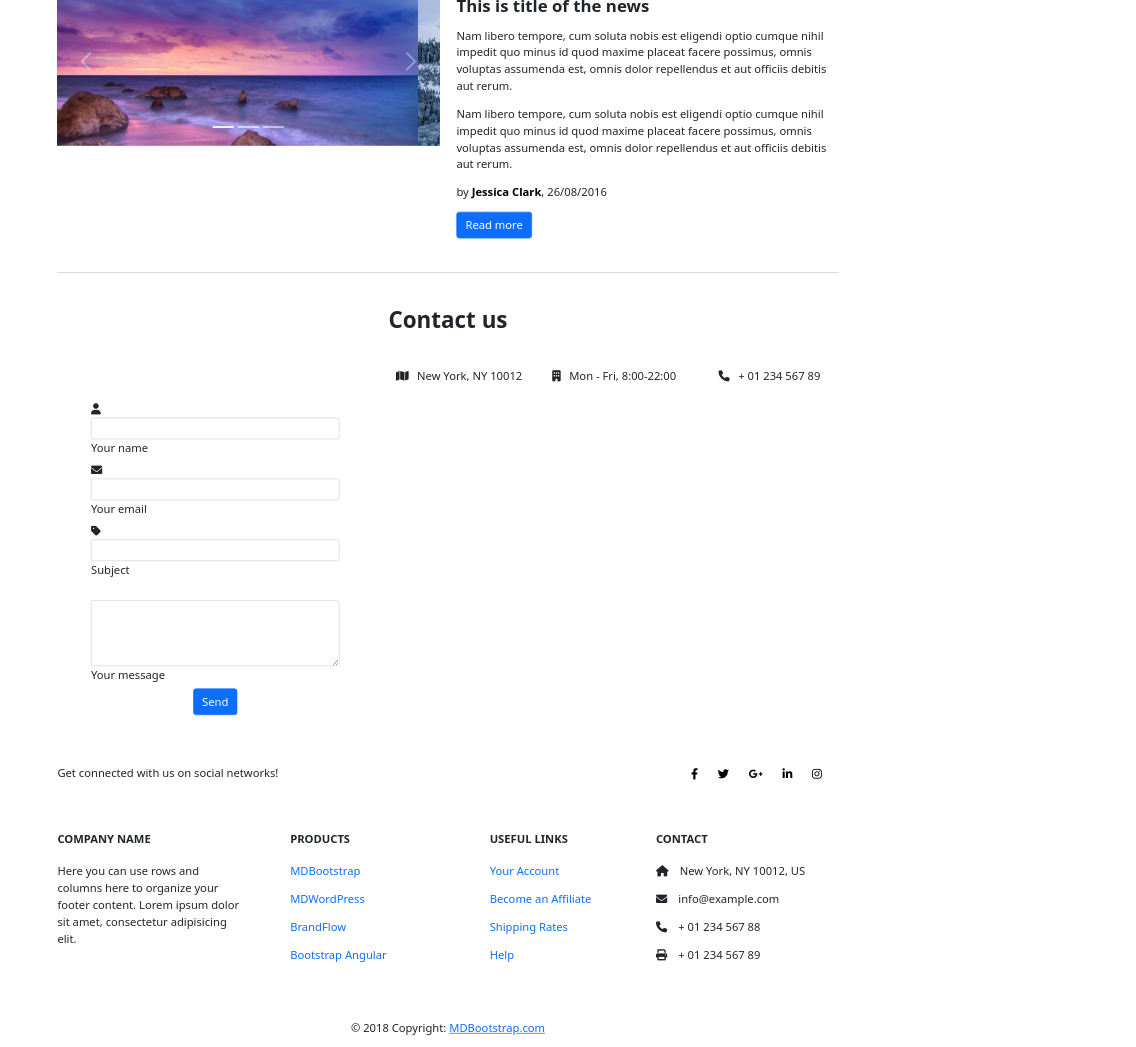
Repository: nptg3105/lab04-landing-page-boostrap5
Page: index.html
These files come from the project's save history. The page is drawn as it stood at one moment and after the next save; the edit follows.
The browser window is 1280 px wide. The page is 1623 px wide, so the pictures cover 1623 px, including what lies to the right of the window. The pictures show the part of the page from y = 2642 to 4162 px (the page is 4138 px tall before and 4162 px after), at 70% of full size.
Pictures or frames that could not be fetched are drawn as grey boxes.

Above is the page before, as saved 2021-12-20 22:23:22.

After the next save:
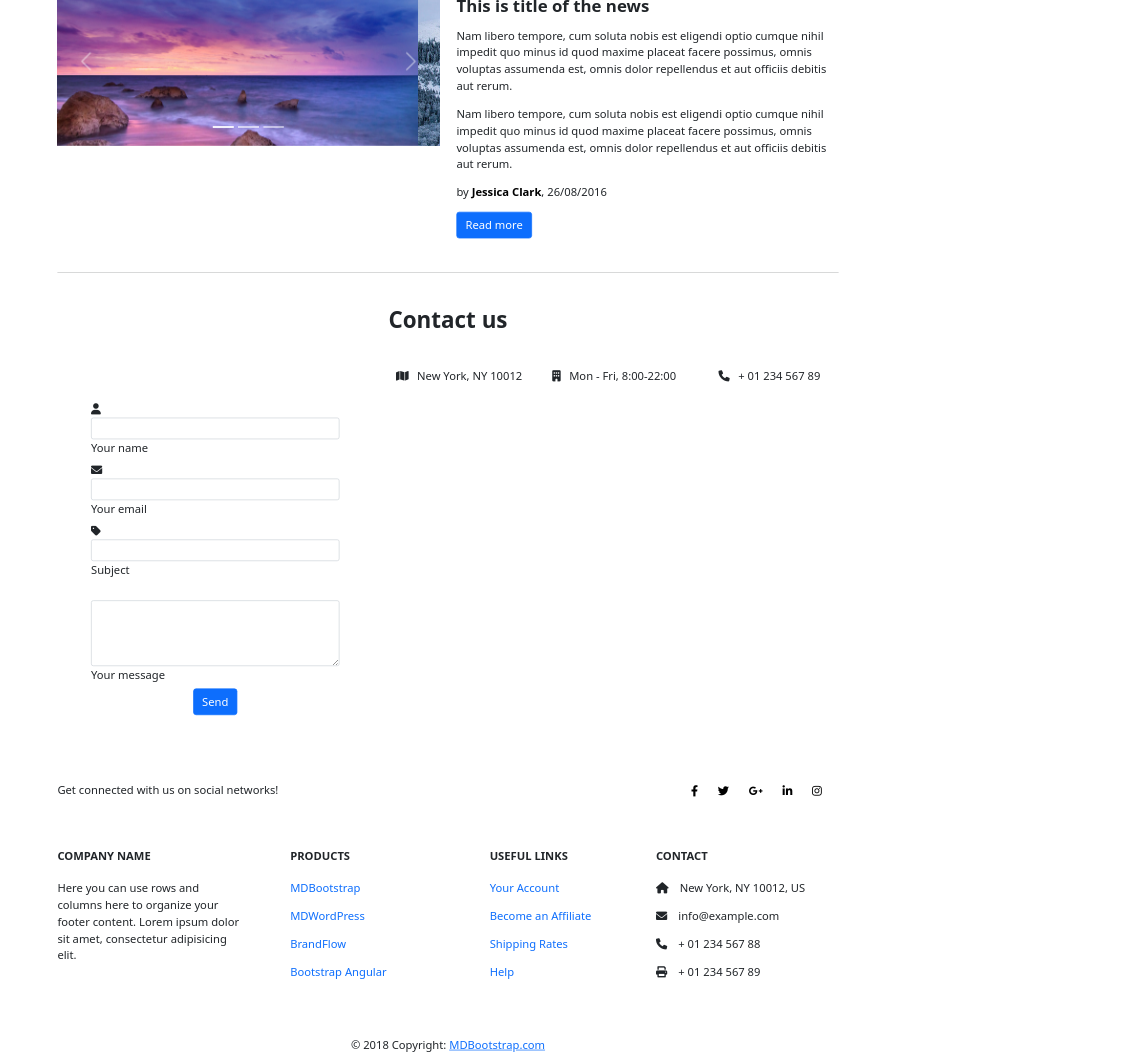
Saved 3 min 13 s later.
--- a/index.html
+++ b/index.html
@@ -432,7 +432,7 @@
     </main>
     <footer class="footer">
       <div class="container">
-        <div class="footer__social row d-flex align-items-center py-4">
+        <div class="footer__social row d-flex align-items-center py-4 mt-4">
           <h6 class="col-md-6 col-lg-5 text-center text-md-start mb-4 mb-md-0">
             Get connected with us on social networks!
           </h6>
